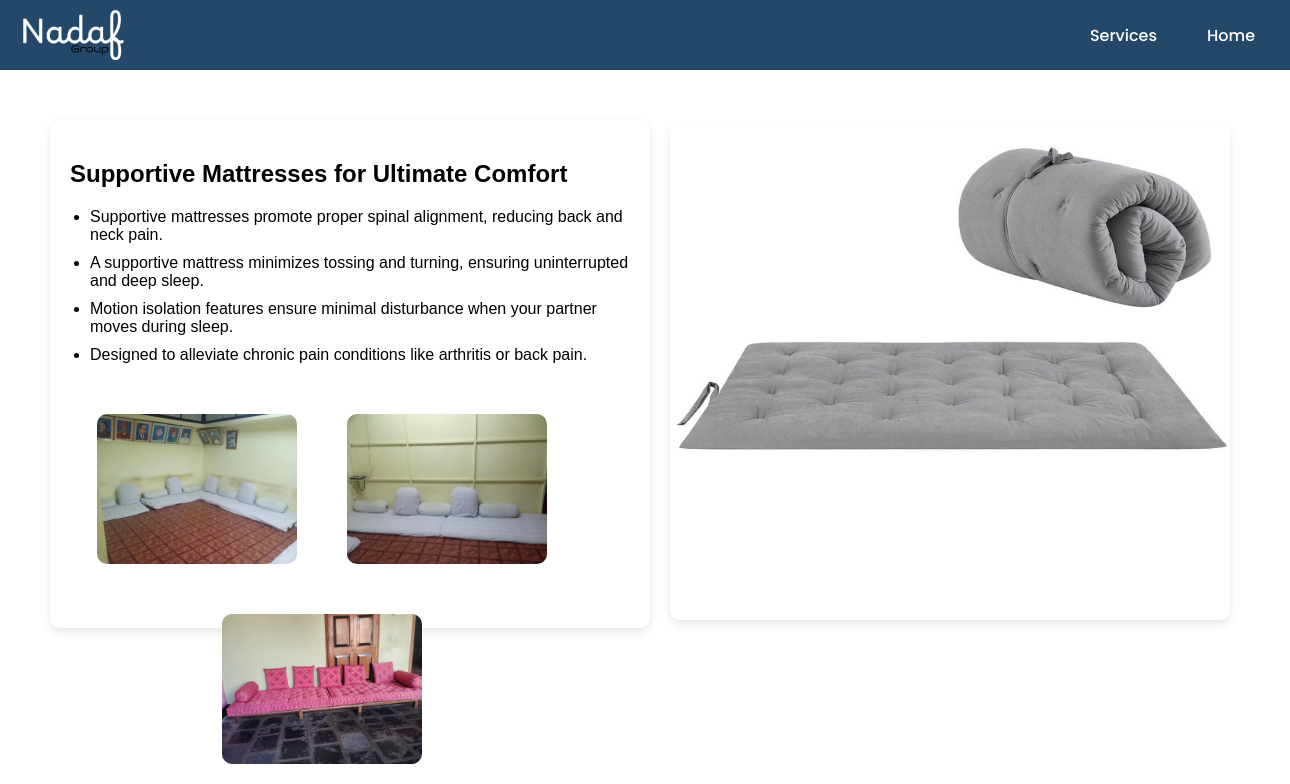
Repository: nadafgroup/rashidgadiUI
Page: src/rent.html
An editor plug-in stored every save of this project. The page is shown before and after the next save, followed by the edit.
The browser window is 1280 px wide. The page is 1290 px wide, so the pictures cover 1290 px, including what lies to the right of the window. The pictures show the whole page.

Above is the page before, as saved 2025-01-29 16:07:40.
Console error: TypeError: Cannot read properties of null (reading 'addEventListener')

After the next save:
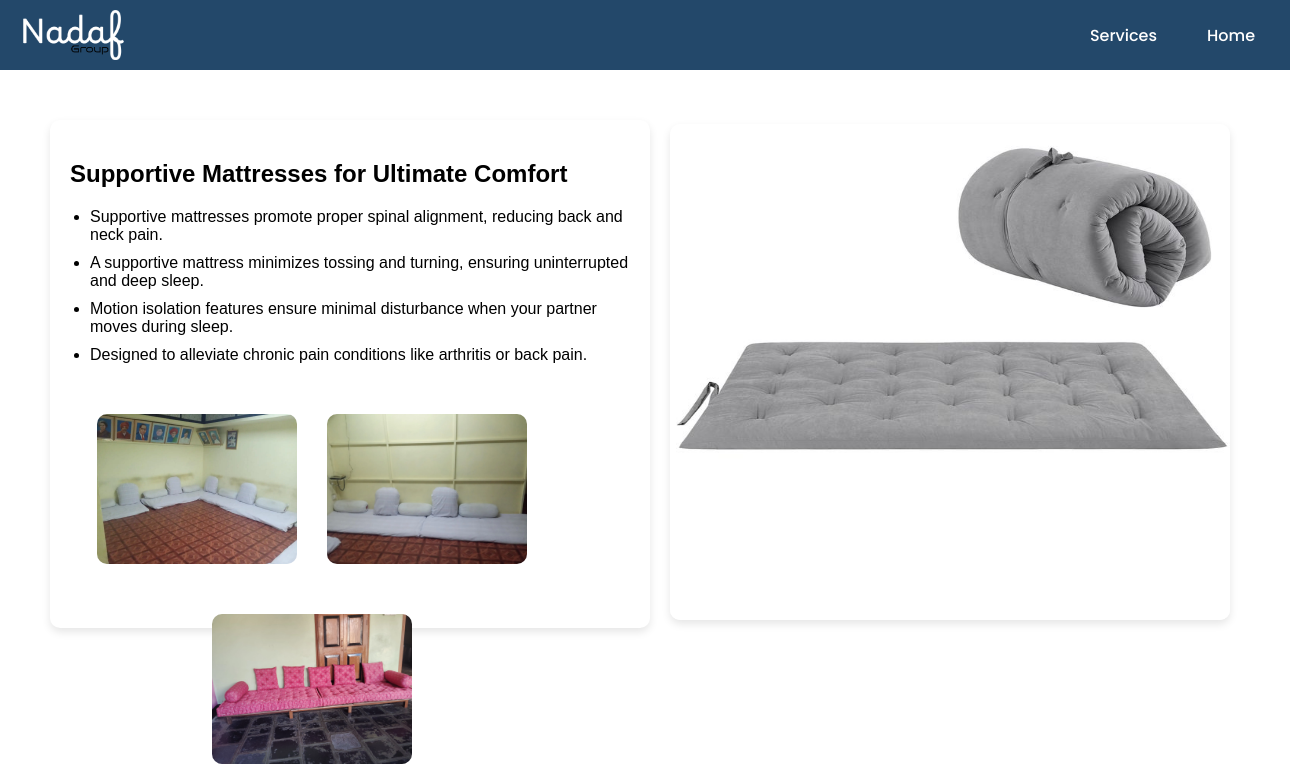
Saved 21 s later.
--- a/src/products.css
+++ b/src/products.css
@@ -173,6 +173,7 @@ header {
     object-fit: cover;
     border-radius: 10px;
     margin: 20px;
+    margin-left: 0px;
     /* margin-top: 0px; */
     transition: transform 0.3s;
 }
